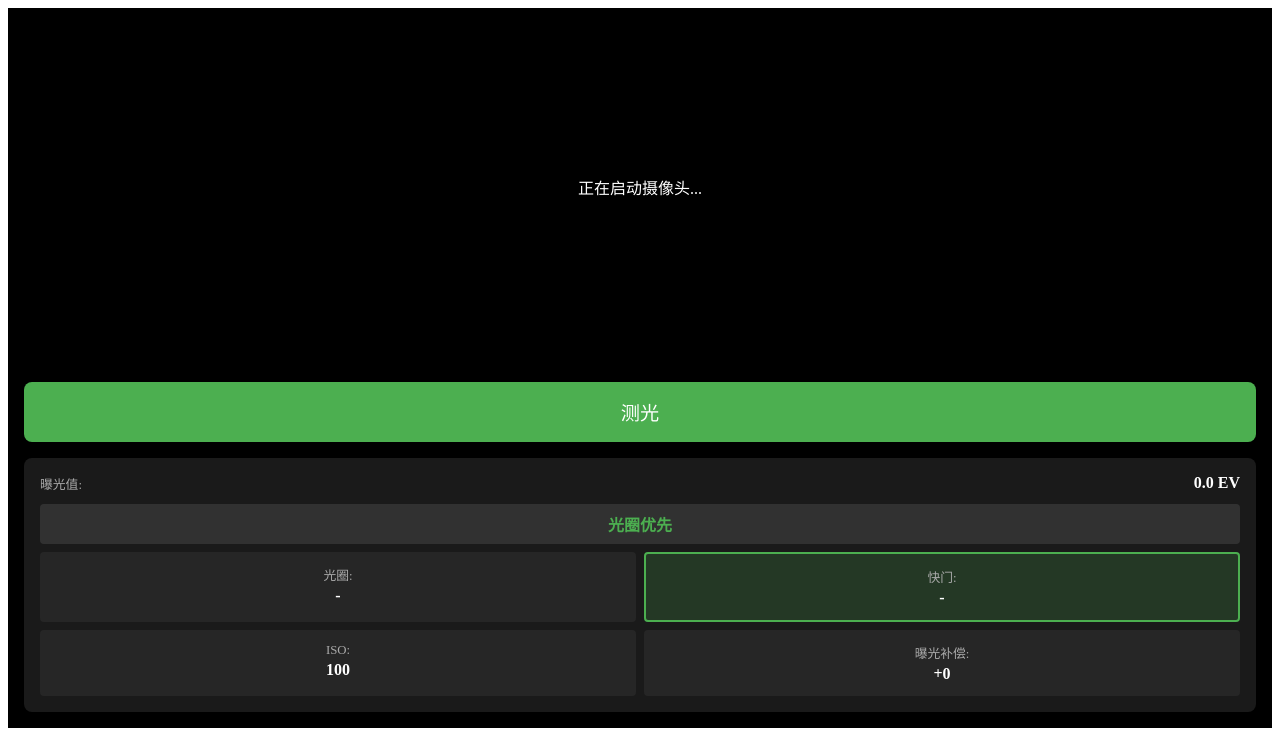
Repository: Gaays/light-meter
Page: /
The author's editor kept a copy of each file at every save. The page is drawn from the files as they stood at one save, then again after the next save.
The browser window is 1280 px wide. The pictures show the whole page.
The page's requests for data from a server got no answer. The project was rebuilt for these pictures with package versions that can differ from the ones it lists, and the page was loaded fresh each time. No one was signed in, and anything a server would have sent is missing. Also part of the build but not shown: vite.config.ts.

Above is the page before, as saved 2025-03-06 11:34:33.

After the next save:
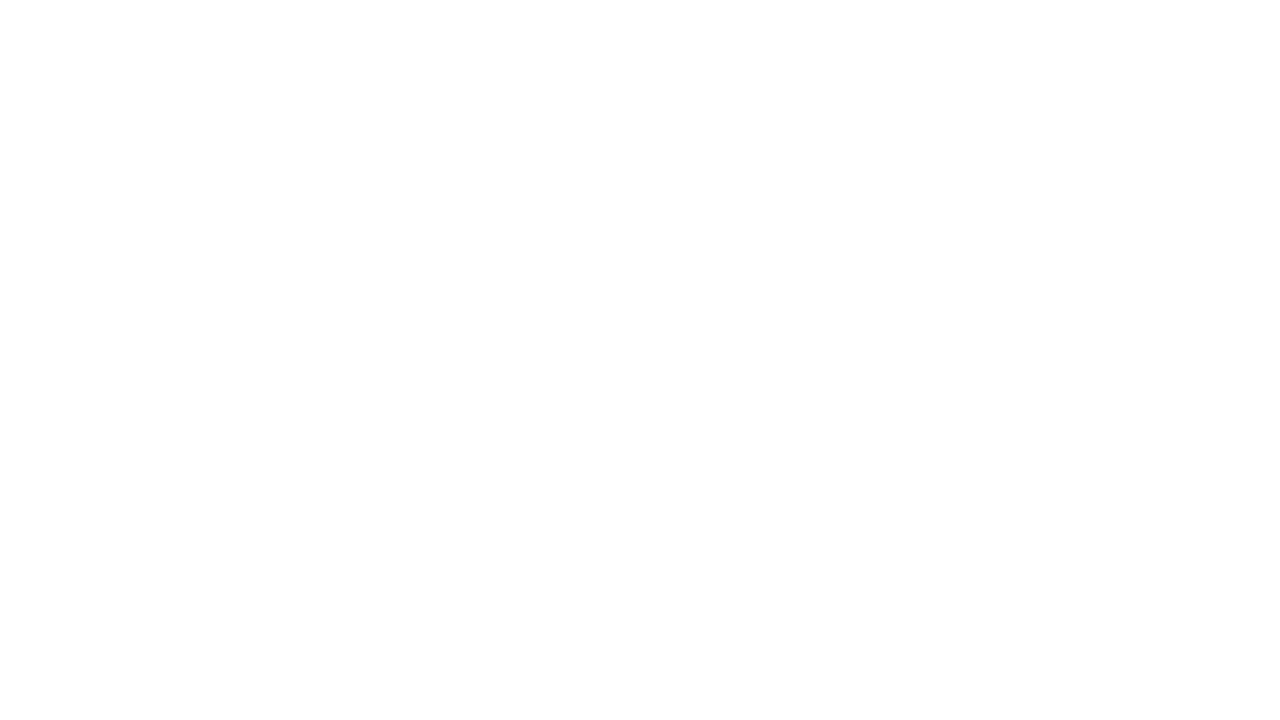
Console error: TypeError: Cannot set properties of null (setting 'value')
Saved 2 min 51 s later.
--- a/src/components/CameraPreview.vue
+++ b/src/components/CameraPreview.vue
@@ -19,7 +19,7 @@
 })
 
 // 在组件卸载时停止摄像头
-onMounted(() => {
+onUnmounted(() => {
   stopCamera()
 })
 
@@ -33,7 +33,7 @@
 <template>
   <div class="camera-preview">
     <div class="preview-container">
-      <video ref="video" autoplay playsinline :class="{ active: isStreaming }"></video>
+      <video :ref="(el) => video.value = el" autoplay playsinline :class="{ active: isStreaming }"></video>
       <div v-if="!isStreaming" class="camera-status">
         <template v-if="isLoading">正在启动摄像头...</template>
         <template v-else-if="!hasCameraPermission">{{ errorMessage }}</template>

After the save that followed:
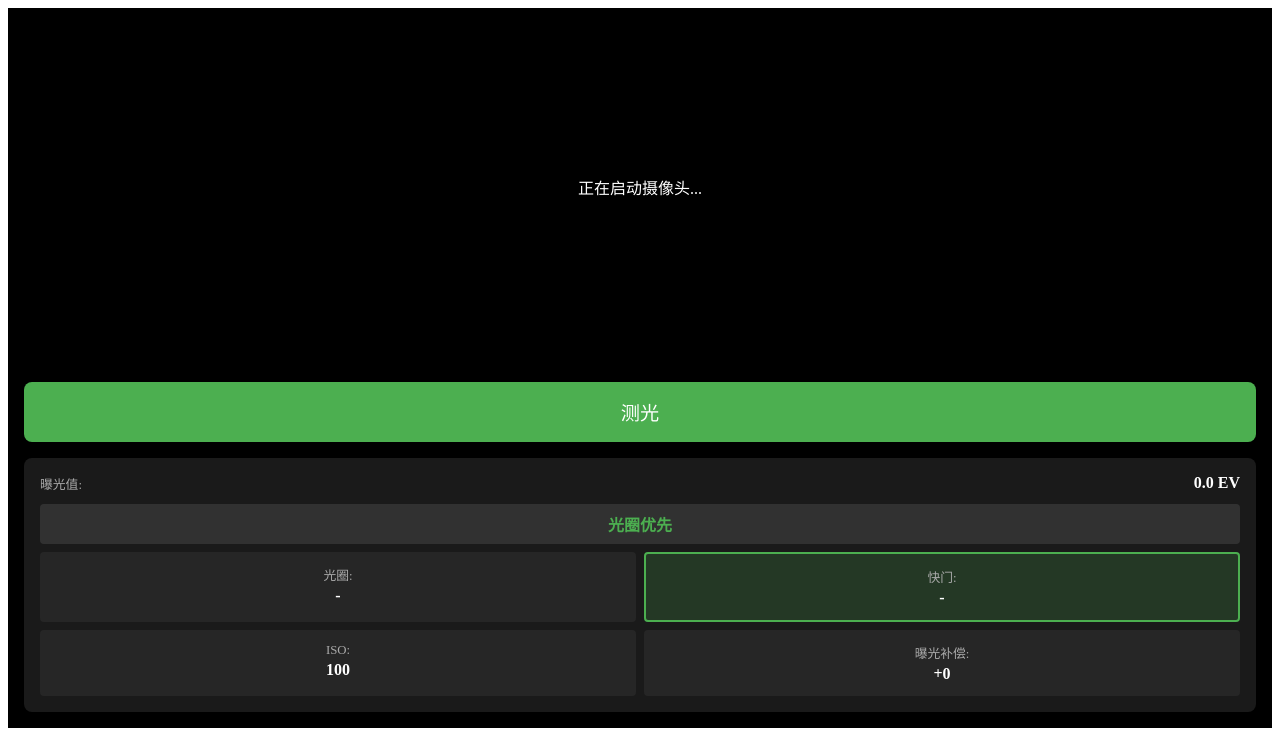
The error is gone.
Saved 117 s later.
--- a/src/components/CameraPreview.vue
+++ b/src/components/CameraPreview.vue
@@ -33,7 +33,7 @@
 <template>
   <div class="camera-preview">
     <div class="preview-container">
-      <video :ref="(el) => video.value = el" autoplay playsinline :class="{ active: isStreaming }"></video>
+      <video :ref="video" autoplay playsinline :class="{ active: isStreaming }"></video>
       <div v-if="!isStreaming" class="camera-status">
         <template v-if="isLoading">正在启动摄像头...</template>
         <template v-else-if="!hasCameraPermission">{{ errorMessage }}</template>
